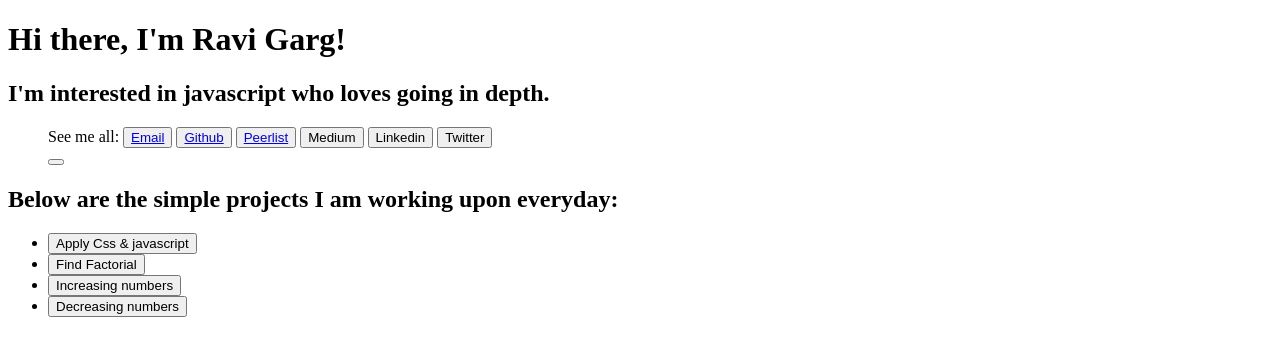
Repository: ravigarg001/musafir
Page: index.html
These files come from the project's save history. The page is drawn as it stood at one moment and after a run of saves; the edit follows.
The browser window is 1280 px wide. The pictures show the whole page.

Above is the page before, as saved 2022-05-02 12:27:51.

### index.html
<!DOCTYPE html>
<html>
<head>
<title>Ravi Garg</title>
<!-- <link href="index.css" rel="stylesheet" type="text/css"></link> -->
<script src="index.js"></script>
</head>

<body>
<div class="about" >
    <h1>Hi there, I'm Ravi Garg!</h1>
    <h2>I'm interested in javascript who loves going in depth.</h2>
    <!-- <p> <a id="more" href="/about">Read more about my life...</a></p> -->
</div>

<footer>
<ul>
<label>See me all: </label>
  <button><a href="mailto:ravigarg.connect@gmail.com">Email</a></button>
  <button><a href="https://github.com/ravigarg001" target="_blank">Github</a></button>
  <button><a href="https://peerlist.io/ravigarg" target="_blank">Peerlist</a></button>
  <button><a>Medium</a></button>
  <button><a>Linkedin</a></button>
  <button><a>Twitter</a></button><br>
  <button><a href="https://Musafir.tech/"></a></button>
</ul>
</footer>
<h2>Below are the simple projects I am working upon everyday:</h2>
<ul class="projects">
  <li><button class="cssAdder" onclick="addCssAndJs()">Apply Css & javascript</button></li>
  <li><button onclick="inputNumber()">Find Factorial</button></li>
  <li><button onclick="inputNumber1()">Increasing numbers </button></li>
  <li><button onclick="inputNumber2()">Decreasing numbers</button></li>
</ul>
</footer>

</body>
<!-- <script src="Recursion/recursiveFactorial.js"></script> -->
<!-- <script src="Recursion/increasing_order.js"></script> -->

</html>

### index.js
function addCssAndJs(){
    let link = document.createElement('link');
    link.rel = 'stylesheet';
    link.type = 'text/css';
    link.href = 'index.css';
    document.head.appendChild(link);

    function addNewJsFile(fileLocation){
        let script = document.createElement('script');
        document.head.appendChild(script);
        script.src = fileLocation;
    }

    addNewJsFile('Recursion/decreasing_order.js');
    addNewJsFile('Recursion/increasing_order.js');
    addNewJsFile('Recursion/recursiveFactorial.js');

}
/*1. call addNewJsFile(put location of the js file here) */

After the next 2 saves:
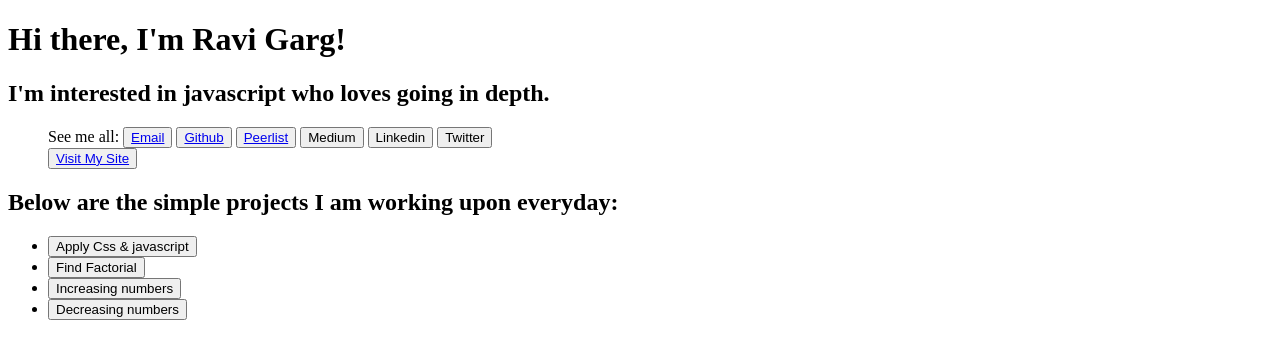
The 2 saves are shown as one change because they came seconds apart.
The last was saved 14 s later.
--- a/index.html
+++ b/index.html
@@ -22,7 +22,7 @@
   <button><a>Medium</a></button>
   <button><a>Linkedin</a></button>
   <button><a>Twitter</a></button><br>
-  <button><a href="https://Musafir.tech/"></a></button>
+  <button><a href="https://Musafir.tech/">Visit My Site</a></button>
 </ul>
 </footer>
 <h2>Below are the simple projects I am working upon everyday:</h2>
